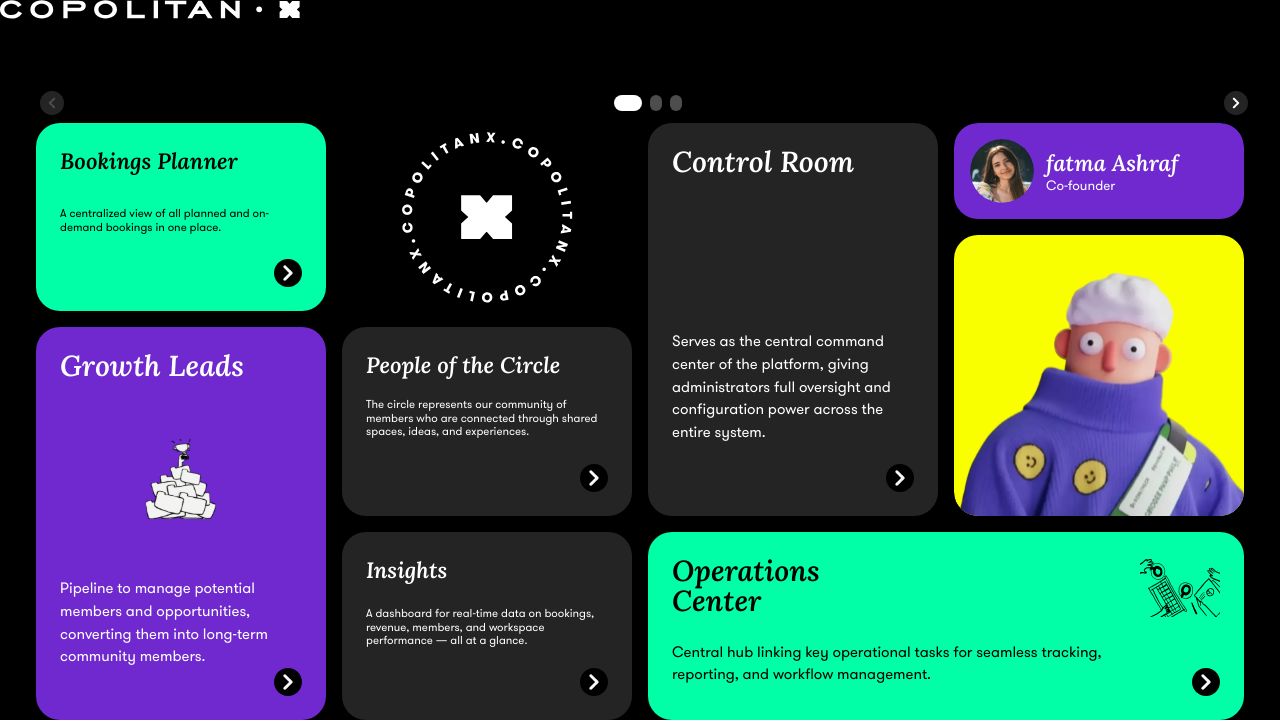
Repository: mohameddtalal/Copolitan-X
Page: /dashboard
The author's editor kept a copy of each file at every save. The page is drawn from the files as they stood at one save, then again after the next save.
The browser window is 1280 px wide. The pictures show the whole page.
The project was rebuilt for these pictures with package versions that can differ from the ones it lists, and the page was loaded fresh each time. The framework's server and built-in components were replaced by stand-ins that run in the browser. Also part of the build but not shown: next.config.ts.

Above is the page before, as saved 2026-02-10 14:44:49.

### src/app/layout.tsx
import type { Metadata } from "next";
import { Geist, Geist_Mono } from "next/font/google";
import "./globals.css";
import Navbar from "@/components/Navbars/NavbarDynamic";
import { NavProvider } from "@/components/Context/Navcontext";

const geistSans = Geist({
  variable: "--font-geist-sans",
  subsets: ["latin"],
});

const geistMono = Geist_Mono({
  variable: "--font-geist-mono",
  subsets: ["latin"],
});

export const metadata: Metadata = {
  title: "Create Next App",
  description: "Generated by create next app",
};

export default function RootLayout({
  children,
}: Readonly<{
  children: React.ReactNode;
}>) {
  return (
    <html lang="en">
      <body
        className={`${geistSans.variable} ${geistMono.variable} antialiased  w-full flex flex-col m-0 p-0`}
      >

        <NavProvider>
          <div className="flex-shrink-0">
            <Navbar />
          </div>
          <div className="flex-1 overflow-auto w-full">
            {children}
          </div>
        </NavProvider>

      </body>
    </html>
  );
}

### src/app/(pages)/dashboard/page.tsx

'use client';

import BentoGrid from "@/components/BentoGrid/BentoGrid";





export default function DashboardPage() {
  return (
      <>
        <BentoGrid/>
      </>
  );
}

### src/app/globals.css
@import "tailwindcss";



:root {
  --background: #000000;
  --foreground: #ffffff;
  --green: #00ffa6;
}



@theme inline {
  --color-background: var(--background);
  --color-foreground: var(--foreground);
}

@media (prefers-color-scheme: dark) {
  :root {
    --background: #000000;
    --foreground: #ffffff;
  }
}

/* GT Walsheim */
@font-face {
  font-family: "GT Walsheim";
  src: url("/fonts/GT-Walsheim-Pro-Light.ttf") format("truetype");
  font-weight: 300;
  font-style: normal;
  font-display: swap;
}

@font-face {
  font-family: "GT Walsheim";
  src: url("/fonts/GT-Walsheim-Pro-Regular.ttf") format("truetype");
  font-weight: 400;
  font-style: normal;
  font-display: swap;
}

@font-face {
  font-family: "GT Walsheim";
  src: url("/fonts/GT-Walsheim-Pro-Medium.ttf") format("truetype");
  font-weight: 500;
  font-style: normal;
  font-display: swap;
}

@font-face {
  font-family: "GT Walsheim";
  src: url("/fonts/GT-Walsheim-Pro-Bold.ttf") format("truetype");
  font-weight: 700;
  font-style: normal;
  font-display: swap;
}

@font-face {
  font-family: "GT Walsheim";
  src: url("/fonts/GT-Walsheim-Pro-Ultra-Bold.ttf") format("truetype");
  font-weight: 800;
  font-style: normal;
  font-display: swap;
}

@font-face {
  font-family: "GT Walsheim";
  src: url("/fonts/GT-Walsheim-Pro-Ultra-Bold-Oblique.ttf") format("truetype");
  font-weight: 800;
  font-style: italic;
  font-display: swap;
}

@font-face {
  font-family: "Lora";
  src: url("/fonts/Lora-Italic.ttf") format("truetype");
  font-weight: 400;
  font-style: italic;
  font-display: swap;
}

@font-face {
  font-family: "Lora";
  src: url("/fonts/Lora-MediumItalic.ttf") format("truetype");
  font-weight: 500;
  font-style: italic;
  font-display: swap;
}

@font-face {
  font-family: "Lora";
  src: url("/fonts/Lora-SemiBoldItalic.ttf") format("truetype");
  font-weight: 600;
  font-style: italic;
  font-display: swap;
}

@font-face {
  font-family: "Lora";
  src: url("/fonts/Lora-BoldItalic.ttf") format("truetype");
  font-weight: 700;
  font-style: italic;
  font-display: swap;
}

body {
  background: var(--background);
  color: var(--foreground);
  font-family:
    "GT Walsheim",
    "Lora",
}

.font-gtwalsheim {
  font-family: "GT Walsheim";
  font-weight: 400;
}

.font-lora {
  font-family: "Lora";
}

.lora-semibold-italic {
  font-family: "Lora";
  font-weight: 600;
  font-style: italic;
}



.title-lg {
  font-size: clamp(1.125rem, 0.8571rem + 1.1905vw, 2rem);
  line-height: 30px;
}

.desc-lg {
  font-size: clamp(0.75rem, 0.6735rem + 0.3401vw, 1rem);
}

.title-md {
  font-size: clamp(1rem, 0.8469rem + 0.6803vw, 1.5rem);
  line-height: clamp(1.375rem, 1.1837rem + 0.8503vw, 2rem);
}

.desc-md {
  font-size: clamp(0.75rem, 0.7117rem + 0.1701vw, 0.875rem);
  line-height: clamp(0.75rem, 0.7117rem + 0.1701vw, 0.875rem);
}

.title-sm {
  font-size: clamp(1rem, 0.8469rem + 0.6803vw, 1.5rem);
  line-height: clamp(1.375rem, 1.1837rem + 0.8503vw, 2rem);
}

.desc-sm {
  font-size: clamp(0.625rem, 0.5867rem + 0.1701vw, 0.75rem);
  line-height: clamp(0.75rem, 0.7117rem + 0.1701vw, 0.875rem);
}
@media (min-height: 670px) {
body,html{
height: 100%;
}
}


/* width */
::-webkit-scrollbar {
  width: 8px;
  height: 8px;
}

/* Track */
::-webkit-scrollbar-track {
  background: transparent;
}

/* Handle */
::-webkit-scrollbar-thumb {
  background-color: #555;
  border-radius: 9999px;
  border: 2px solid transparent;
  background-clip: content-box;
}

/* Handle on hover */
::-webkit-scrollbar-thumb:hover {
  background-color: #777;
}

/* Flip Card Styles */
.perspective-1000 {
  perspective: 1000px;
}

.flip-wrapper {
  width: 100%;
  height: 100%;
  position: relative;
  transform-style: preserve-3d;
  transition: transform 0.6s;
  cursor: pointer;
}

.group:hover .flip-wrapper {
  transform: rotateY(180deg);
}

.flip-front,
.flip-back {
  backface-visibility: hidden;
  position: absolute;
  top: 0;
  left: 0;
  width: 100%;
  height: 100%;
}

.flip-front {
  z-index: 2;
  transform: rotateY(0deg);
}

.flip-back {
  transform: rotateY(180deg);
}

.card-button {
  padding: 8px 16px;
  border-radius: 9999px;
  font-size: 14px;
  font-weight: 500;
  border: none;
  cursor: pointer;
  display: flex;
  align-items: center;
  justify-content: center;
}

.card-back-scroller {
  flex: 1;
  overflow-y: auto;
  margin-top: auto;
}

### src/components/Navbars/NavbarDynamic.tsx
"use client";
import { useRouter } from "next/navigation";
import Link from "next/link";
import Image from "next/image";
import { useState } from "react";
import { useNav } from "@/components/Context/Navcontext";

const Navbar = () => {
  const [isSearchOpen, setIsSearchOpen] = useState(false);
  const [searchText, setSearchText] = useState("");
  const { selectedTitle, selectedButton } = useNav();
  const router = useRouter();
  const handleSearch = () => {
    setIsSearchOpen((prev) => !prev); // toggle input
  };
  return (
    <nav className="navbar ">
      <div className="row">
        <Link href="/dashboard">
          <div className="logo">
            <Image
              src="/navbar/Layer_1.svg"
              alt="LogoImage"
              className="logo-img"
              width={301}
              height={19}
            />
          </div>
        </Link>
        <div className="nav-inside">
          <div
            className=""
            style={{ marginBottom: "0px", color: "var(--black)" }}
          >
            <p>{selectedTitle}</p>
          </div>
          <div
            className=""
            style={{
              marginTop: "0px",
              color: "var(--black)",
              fontSize: "16px",
            }}
          >
            <p>{selectedButton}</p>
          </div>
        </div>
        <div className="navItems" style={{ position: "relative" }}>
          {isSearchOpen && (
            <input
              type="text"
              className="search-input"
              placeholder="Search..."
              value={searchText}
              onChange={(e) => setSearchText(e.target.value)}
              autoFocus
            />
          )}
          <div className="search">
            <button
              className="search"
              style={{ zIndex: 10, cursor: "pointer" }}
              onClick={handleSearch}
            >
              <Image
                className="search-img"
                src="/navbar/search.svg"
                alt="search"
                width={18}
                height={18}
              />
            </button>
            {/* Search input (show only if open) */}
          </div>
          <div className="line"></div>
          <div className="notifications">
            <button
              className="notification"
              style={{ cursor: "pointer" }}
              onClick={() => router.push("/notificationPage")}
            >
              <Image
                className="notification-img"
                src="/navbar/notification.svg"
                alt="notification"
                width={21}
                height={21}
              />
            </button>
          </div>
          <div className="line"></div>
          <div className="quote">
            <Image
              src="/navbar/quote.svg"
              alt="quote"
              width={14}
              height={13}
              className="quote-img"
            />
          </div>
        </div>
      </div>
    </nav>
  );
};

export default Navbar;

### src/components/Context/Navcontext.tsx
"use client";

import { createContext, useContext, useState } from "react";

const NavContext = createContext<any>(null);

export function NavProvider({ children }: { children: React.ReactNode }) {
  const [selectedTitle, setSelectedTitle] = useState("");
  const [selectedButton, setSelectedButton] = useState("");

  return (
    <NavContext.Provider
      value={{ selectedTitle, setSelectedTitle, selectedButton, setSelectedButton }}
    >
      {children}
    </NavContext.Provider>
  );
}

export function useNav() {
  return useContext(NavContext);
}

### src/components/BentoGrid/BentoGrid.tsx
import React, { useState } from 'react';
import { motion } from 'framer-motion';
import Navigation from '../Navigation/Navigation';
import PageContainer from '../PageContainer/PageContainer';
import BadgeCard from '../BadgeCard/BadgeCard';

const BentoGrid = () => {
    const [currentPage, setCurrentPage] = useState(0);

    // Dummy data for cards - 3 pages × 12 cards each
    const pages = [
        // Page 1
        [
            { id: 1, title: "Bookings Planner", description: "A centralized view of all planned and on-demand bookings in one place.", color: "bg-[var(--green)]", span: "col-span-1 row-span-1", flippable: true },
            { id: 2, title: "", description: "", color: "bg-[var(--background)]", span: "col-span-1 row-span-1", image: "/cards/CIRCULAR TEXT.svg" },
            { id: 3, title: "Control Room", description: "Serves as the central command center of the platform, giving administrators full oversight and configuration power across the entire system.", color: "bg-[#242424]", span: "col-span-1 row-span-2", flippable: true },
            { id: 4, title: "fatma Ashraf", description: "Co-founder", color: "bg-[var(--background)]", span: "col-span-1 row-span-2", isSplit: true, profileImage: "/cards/profile.svg", characterImage: "/cards/character.svg" },
            { id: 5, title: "Growth Leads", description: "Pipeline to manage potential members and opportunities, converting them into long-term community members.", color: "bg-[#7029CF]", span: "col-span-1 row-span-2", cardImage: "/cards/card5.svg", layoutType: "column" },
            { id: 6, title: "People of the Circle", description: "The circle represents our community of members who are connected through shared spaces, ideas, and experiences.", color: "bg-[#242424]", span: "col-span-1 row-span-1" },
            { id: 7, title: "Insights", description: "A dashboard for real-time data on bookings, revenue, members, and workspace performance — all at a glance.", color: "bg-[#242424]", span: "col-span-1 row-span-1" },
            { id: 8, title: "Operations \nCenter", description: "Central hub linking key operational tasks for seamless tracking, reporting, and workflow management.", color: "bg-[var(--green)]", span: "col-span-2 row-span-1", cardImage: "/cards/card8.svg", layoutType: "row" },
        ],
        // Page 2
        [
            { id: 9, title: "Partnerships Network", description: "Oversee and manage all partnerships, deals, and strategic collaborations", color: "bg-[#FFD3D2]", span: "col-span-1 row-span-1", flippable: true },
            { id: 2, title: "", description: "", color: "bg-[var(--background)]", span: "col-span-1 row-span-1", image: "/cards/CIRCULAR TEXT.svg" },
            { id: 10, title: "Security \nControl", description: "Serves as the central command center of the platform, giving administrators full oversight and configuration power across the entire system.", color: "bg-[#242424]", span: "col-span-1 row-span-2", cardImage: "/cards/card11.svg", layoutType: "column" },
            { id: 4, title: "fatma Ashraf", description: "Co-founder", color: "bg-[var(--background)]", span: "col-span-1 row-span-2", isSplit: true, profileImage: "/cards/profile.svg", characterImage: "/cards/character.svg" },
            { id: 11, title: "Finance Center", description: "A control panel for streamlined financial records and insights collaborations.", color: "bg-[#242424]", span: "col-span-1 row-span-2" },
            { id: 12, title: "Experience& \nEngagement Lab", description: "A tools lab that drives engagement and growth where experience is refined and elevated.", color: "bg-[#242424]", span: "col-span-1 row-span-1" },
            { id: 13, title: "Data Hub", description: "A streamlined repository for all data collect, analyze, and access key metrics to drive informed decisions.", color: "bg-[#242424]", span: "col-span-1 row-span-1" },
            { id: 14, title: "Facility \nManagement ", description: "Central hub linking key operational tasks for seamless tracking, reporting, and workflow management.", color: "bg-[#242424]", span: "col-span-2 row-span-1", cardImage: "/cards/card15.svg", layoutType: "row" },
        ],
        // Page 3
        [
            { id: 15, title: "Data Hub", description: "A streamlined repository for all data collect, analyze, and access key metrics to drive informed decisions.", color: "bg-[#FFD3D2]", span: "col-span-1 row-span-1", flippable: true },
            { id: 2, title: "", description: "", color: "invisible pointer-events-none", span: "col-span-1 row-span-1", image: "/cards/CIRCULAR TEXT.svg" },
            { id: 10, title: "Security \nControl", description: "Serves as the central command center of the platform, giving administrators full oversight and configuration power across the entire system.", color: "invisible pointer-events-none", span: "col-span-1 row-span-2", cardImage: "/cards/card11.svg", layoutType: "column" },
            { id: 4, title: "fatma Ashraf", description: "Co-founder", color: "bg-[var(--background)]", span: "col-span-1 row-span-2", isSplit: true, profileImage: "/cards/profile.svg", characterImage: "/cards/character.svg" },
            { id: 11, title: "Finance Center", description: "A control panel for streamlined financial records and insights collaborations.", color: "invisible pointer-events-none", span: "col-span-1 row-span-2" },
            { id: 12, title: "Experience& \nEngagement Lab", description: "A tools lab that drives engagement and growth where experience is refined and elevated.", color: "invisible pointer-events-none", span: "col-span-1 row-span-1" },
            { id: 13, title: "Data Hub", description: "A streamlined repository for all data collect, analyze, and access key metrics to drive informed decisions.", color: "invisible pointer-events-none", span: "col-span-1 row-span-1" },
            { id: 14, title: "Facility \nManagement ", description: "Central hub linking key operational tasks for seamless tracking, reporting, and workflow management.", color: "invisible pointer-events-none", span: "col-span-2 row-span-1", cardImage: "/cards/card15.svg", layoutType: "row" },
        ],



    ];
    const nextPage = () => {
        if (currentPage < pages.length - 1) {
            setCurrentPage(currentPage + 1);
        }
    };

    const prevPage = () => {
        if (currentPage > 0) {
            setCurrentPage(currentPage - 1);
        }
    };

    return (
        <div className="w-full h-full  px-1 sm:px-1 md:px-2 lg:px-3 xl:px-5 flex flex-col overflow-hidden">
            {/* Navigation Section */}
            <Navigation
              currentPage={currentPage}
              pages={pages}
              setCurrentPage={setCurrentPage}
              totalPages={pages.length}
              onPrev={prevPage}
              onNext={nextPage}
            />

            {/* Grid Container */}
            <div className="flex-1 overflow-hidden w-full min-h-0">
                <div
                    className="flex h-full w-full transition-transform duration-1000 ease-[cubic-bezier(0.16,1,0.3,1)]"
                    style={{ transform: `translateX(-${currentPage * 100}%)` }}
                >
                    {pages.map((page, pageIndex) => (
                        <PageContainer key={pageIndex}>
                            {page.map((card) => (
                                <BadgeCard key={card.id} card={card} />
                            ))}
                        </PageContainer>
                    ))}
                </div>
            </div>


        </div>
    );
};

export default BentoGrid;

### src/components/Navigation/Navigation.tsx
import React from 'react';

export default function Navigation({
  currentPage,
  totalPages,
  setCurrentPage,
  pages,
  onPrev,
  onNext,
}: {
  currentPage: number;
  totalPages: number;
  setCurrentPage:Function,
  pages:any[],
  onPrev: () => void;
  onNext: () => void;
}) {
  return (
    <div className="flex items-center justify-between  shrink-0 px-1 sm:px-1 md:px-1 lg:px-2 xl:px-3  ">
      <div className="flex  justify-between w-full items-center">
        <button
          onClick={onPrev}
          disabled={currentPage === 0}
          className={`rounded-full p-0.5 sm:p-0.6 md:p-0.8 lg:p-1 xl:p-2 transition-all ${
            currentPage === 0 ? 'cursor-not-allowed' : 'cursor-pointer'
          }`}
        >
          <img
            src={currentPage === 0 ? "/cards/DimmedLeft.svg" : "/cards/Left.svg"}
            alt="Previous"
            className="w-3 h-3 sm:w-4 sm:h-4 lg:w-6 lg:h-6"
          />
        </button>
   {/* Page Indicators */}
            <div className="flex justify-center gap-2 shrink-0 ">
                {pages.map((_, index) => (
                    <button
                        key={index}
                        onClick={() => setCurrentPage(index)}
                        className={`h-4 cursor-pointer rounded-full transition-all ${currentPage === index ? 'w-5 sm:w-7 bg-white' : 'w-3 bg-white/30'
                            }`}
                    />
                ))}
            </div>
        <button
          onClick={onNext}
          disabled={currentPage === totalPages - 1}
          className={`rounded-full transition-all   ${
            currentPage === totalPages - 1 ? 'cursor-not-allowed' : 'cursor-pointer'
          }`}
        >
          <img
            src={currentPage === totalPages - 1 ? "/cards/DimmedRight.svg" : "/cards/Right.svg"}
            alt="Next"
            className="w-3 h-3 sm:w-4 sm:h-4 lg:w-6 lg:h-6"
          />
        </button>
      </div>
    </div>
  );
}

### src/components/PageContainer/PageContainer.tsx
export default function PageContainer({ children }: { children: React.ReactNode }) {


    return (
        <div className="min-w-full h-full px-1.5 sm:px-2 md:px-2 lg:px-3 xl:px-4 flex items-center justify-center ">
            <div className="grid grid-cols-4 grid-rows-3 gap-2 sm:gap-3 lg:gap-4 w-full h-full auto-rows-fr relative">
                {children}
            </div>
        </div>
    )
}

### src/components/BadgeCard/BadgeCard.module.css

.card-3,
.card-10,
.card-11 {
  display: flex;
  height: 100%;
  flex-direction: column;
  justify-content: space-between;
  padding-bottom: 20px;
}

.card-1,
.card-15,
.card-9 {
  display: flex;
  height: 100%;
  flex-direction: column;
  justify-content: space-between;
  padding-bottom: 25px;
}

.card-13,
.card-7 {
  display: flex;
  height: 100%;
  flex-direction: column;
  justify-content: space-between;
  padding-bottom: 20px;
}
.card-6,
.card-12 {
  display: flex;
  height: 100%;
  flex-direction: column;
  justify-content: space-between;
  padding-bottom: 25px;
}

.card-8,
.card-10,
.card-14 {
  display: flex;
  height: 100%;
  flex-direction: column;
  justify-content: space-between;
  padding-bottom: 10px;
}

.card-icon-8,
.card-icon-14,
.card-icon-12 {
  position: absolute;
  right: 24px;
  bottom: 24px;
}

.card-image-4{
  height: 100%;
}

Loaded but not shown: src/components/BadgeCard/BadgeCard.tsx (222 lines, source omitted)

After the next save:
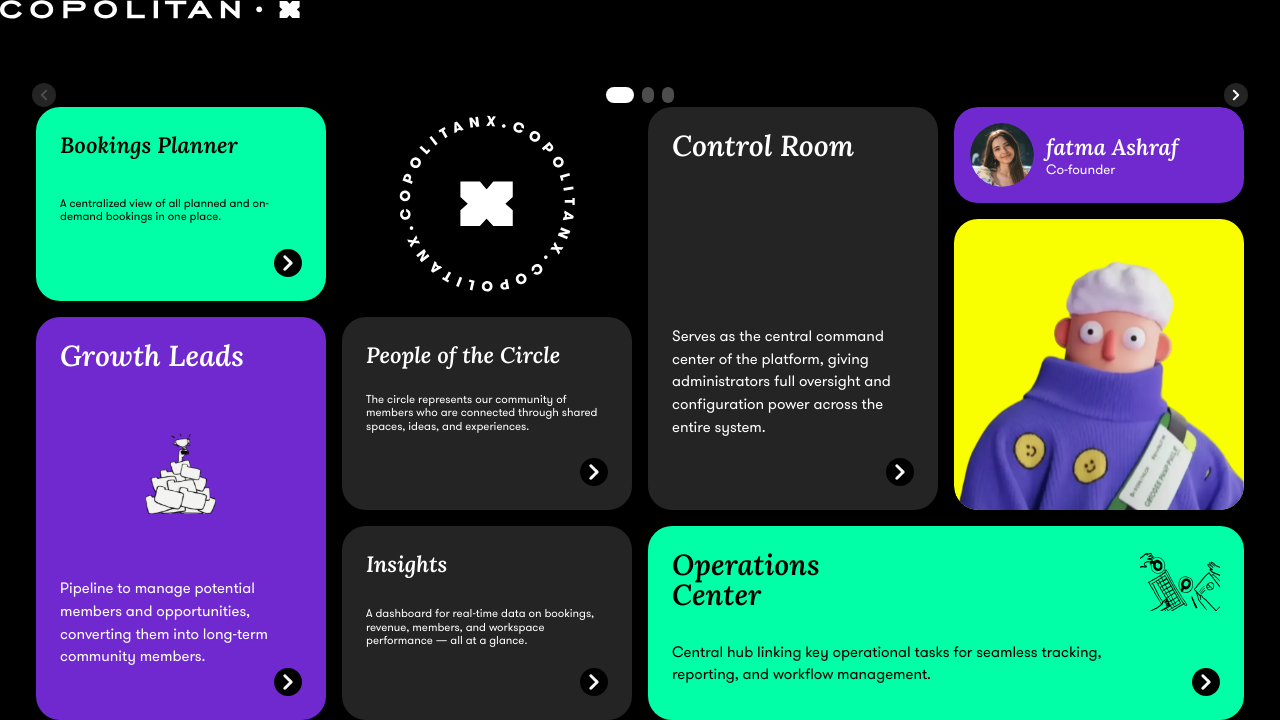
Saved 116 s later.
--- a/src/components/Navigation/Navigation.tsx
+++ b/src/components/Navigation/Navigation.tsx
@@ -21,7 +21,7 @@ export default function Navigation({
         <button
           onClick={onPrev}
           disabled={currentPage === 0}
-          className={`rounded-full p-0.5 sm:p-0.6 md:p-0.8 lg:p-1 xl:p-2 transition-all ${
+          className={`rounded-full  transition-all ${
             currentPage === 0 ? 'cursor-not-allowed' : 'cursor-pointer'
           }`}
         >
